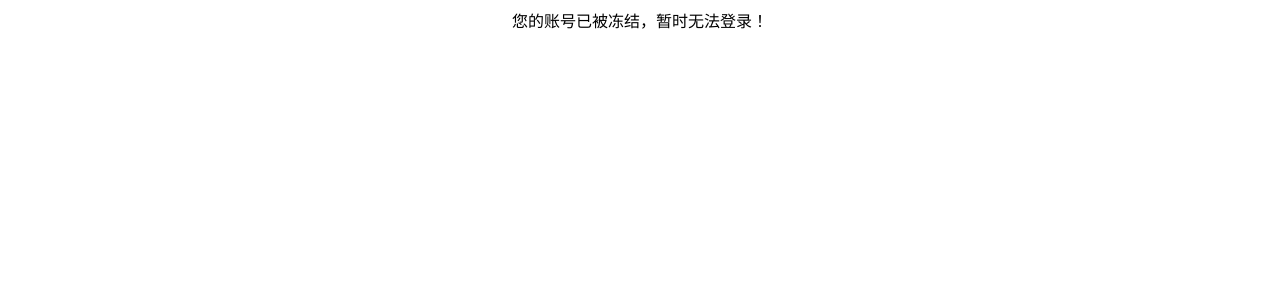
Repository: LongJinhe-coder/java-web-
Page: http://localhost/projectDemo1/freezing.jsp
An editor plug-in stored every save of this project. The page is shown before and after the next save, followed by the edit.
The browser window is 1280 px wide. The pictures show the whole page.
The page is served by Tomcat 9.

Above is the page before, as saved 2020-07-27 14:14:56.

After the next save:
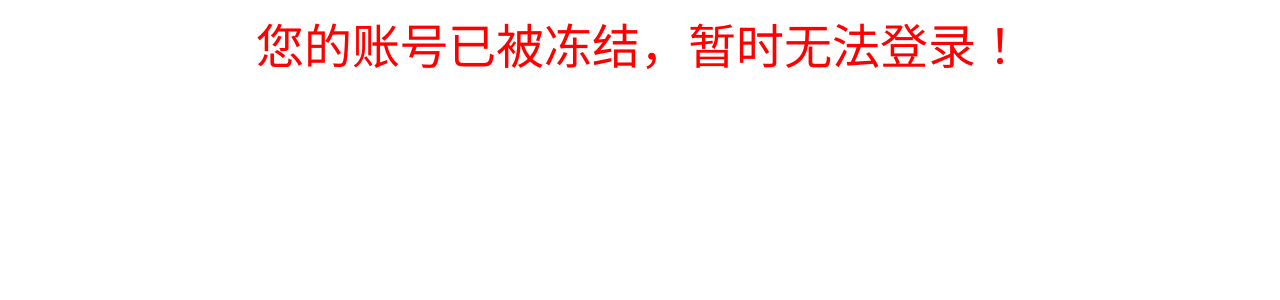
Saved 23 s later.
--- a/MyEclipse CI/projectDemo1/WebRoot/freezing.jsp
+++ b/MyEclipse CI/projectDemo1/WebRoot/freezing.jsp
@@ -23,6 +23,6 @@ String basePath = request.getScheme()+"://"+request.getServerName()+":"+request.
   </head>
 
   <body>
-    <center><font>您的账号已被冻结，暂时无法登录！</font></center>
+    <center><font size="20px" color="red">您的账号已被冻结，暂时无法登录！</font></center>
   </body>
 </html>
